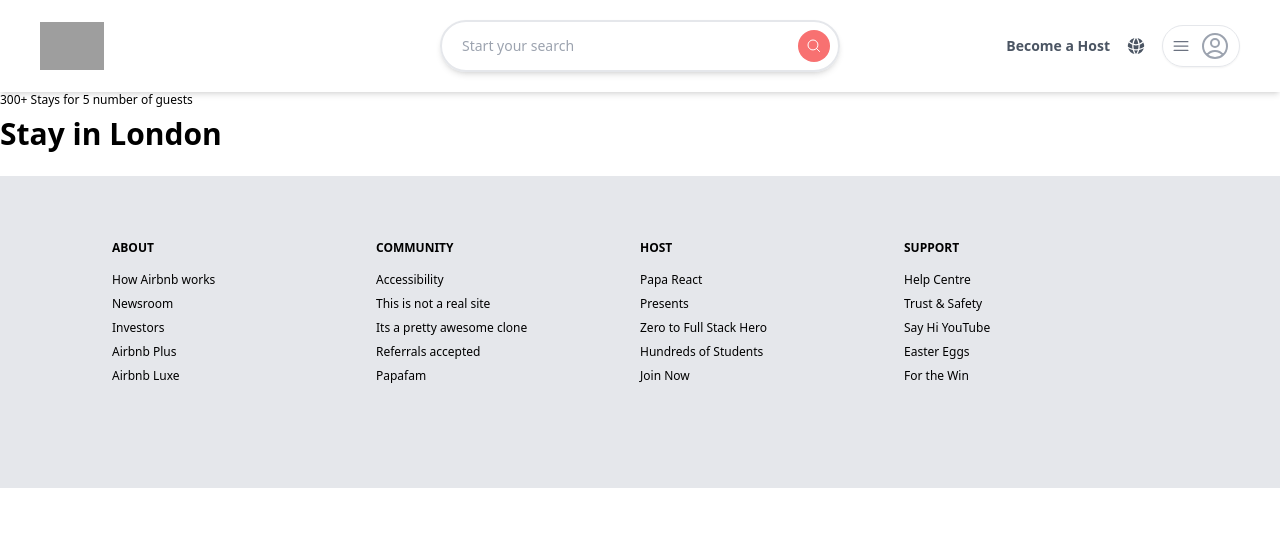
Repository: lakshithapramodya/airbnb
Page: /search
An editor plug-in stored every save of this project. The page is shown before and after the next save, followed by the edit.
The browser window is 1280 px wide. The pictures show the whole page.
Pictures or frames that could not be fetched are drawn as grey boxes. The project was rebuilt for these pictures with package versions that can differ from the ones it lists, and the page was loaded fresh each time. The framework's server and built-in components were replaced by stand-ins that run in the browser. Also part of the build but not shown: next.config.js.

Above is the page before, as saved 2022-10-19 11:08:48.

### pages/_app.jsx
import "../styles/globals.css";
import { AppProps } from "next/app";

function MyApp({ Component, pageProps }) {
  return <Component {...pageProps} />;
}

export default MyApp;

### pages/search.js
import React from "react";
import Footer from "../components/Footer";
import Header from "../components/Header";

function search() {
  return (
    <div>
      <Header />

      <main className="flex">
        <section>
          <p className="text-xs">300+ Stays for 5 number of guests</p>
          <h1 className="font-semibold text-3xl mt-2 mb-6">Stay in London</h1>
        </section>
      </main>

      <Footer />
    </div>
  );
}

export default search;

### components/Footer.js
import React from "react";

function Footer() {
  return (
    <div className="grid grid-cols-1 md:grid-cols-4 py-16 px-28 bg-gray-200">
      <div className="pb-8">
        <h2 className="font-bold text-xs font-sans mb-4 cursor-pointer">
          ABOUT
        </h2>
        <p className="text-xs my-2 cursor-pointer">How Airbnb works</p>
        <p className="text-xs my-2 cursor-pointer">Newsroom</p>
        <p className="text-xs my-2 cursor-pointer">Investors</p>
        <p className="text-xs my-2 cursor-pointer">Airbnb Plus</p>
        <p className="text-xs my-2 cursor-pointer">Airbnb Luxe</p>
      </div>
      <div className="pb-8">
        <h2 className="font-bold text-xs font-sans mb-4 cursor-pointer">
          COMMUNITY
        </h2>
        <p className="text-xs my-2 cursor-pointer">Accessibility</p>
        <p className="text-xs my-2 cursor-pointer">This is not a real site</p>
        <p className="text-xs my-2 cursor-pointer">
          Its a pretty awesome clone
        </p>
        <p className="text-xs my-2 cursor-pointer">Referrals accepted</p>
        <p className="text-xs my-2 cursor-pointer">Papafam</p>
      </div>
      <div className="pb-8">
        <h2 className="font-bold text-xs font-sans mb-4 cursor-pointer">
          HOST
        </h2>
        <p className="text-xs my-2 cursor-pointer">Papa React</p>
        <p className="text-xs my-2 cursor-pointer">Presents</p>
        <p className="text-xs my-2 cursor-pointer">Zero to Full Stack Hero</p>
        <p className="text-xs my-2 cursor-pointer">Hundreds of Students</p>
        <p className="text-xs my-2 cursor-pointer">Join Now</p>
      </div>
      <div className="pb-8">
        <h2 className="font-bold text-xs font-sans mb-4 cursor-pointer">
          SUPPORT
        </h2>
        <p className="text-xs my-2 cursor-pointer">Help Centre</p>
        <p className="text-xs my-2 cursor-pointer">Trust & Safety</p>
        <p className="text-xs my-2 cursor-pointer">Say Hi YouTube</p>
        <p className="text-xs my-2 cursor-pointer">Easter Eggs</p>
        <p className="text-xs my-2 cursor-pointer">For the Win</p>
      </div>
    </div>
  );
}

export default Footer;

### components/Header.js
import React, { useState } from "react";
import Image from "next/image";
import {
  MagnifyingGlassIcon,
  Bars3Icon,
  UserCircleIcon,
} from "@heroicons/react/24/outline";
import { GlobeAltIcon, UsersIcon } from "@heroicons/react/24/solid";
import "react-date-range/dist/styles.css";
import "react-date-range/dist/theme/default.css";
import { DateRangePicker } from "react-date-range";

function Header() {
  const [searchText, setSearchTExt] = useState("");
  const [startDate, setStartDate] = useState(new Date());
  const [endDate, setEndDate] = useState(new Date());
  const [guests, setGuests] = useState(1);

  const selectionRange = {
    startDate: startDate,
    endDate: endDate,
    key: "selection",
  };

  const handleChange = (ranges) => {
    setStartDate(ranges.selection.startDate);
    setEndDate(ranges.selection.endDate);
  };

  const resetInput = () => {
    setSearchTExt("");
  };

  return (
    <div
      className="sticky top-0  z-50 grid grid-cols-3 bg-white shadow-md
    p-5 md:px-10"
    >
      {/* Left */}
      <div className="relative flex item-center h-12 cursor-pointer my-auto">
        <Image
          src="https://1000logos.net/wp-content/uploads/2017/08/Airbnb-Logo.png"
          layout="fill"
          objectFit="contain"
          objectPosition="left"
        />
      </div>

      {/* Middle */}
      <div
        className="flex items-center md:border-2 rounded-full py-2
      md:shadow-md"
      >
        <input
          value={searchText}
          onChange={(e) => setSearchTExt(e.target.value)}
          className="!outline-0 pl-5 bg-transparent flex-grow
          md:min-w-0  text-sm text-gray-600"
          type="text"
          placeholder="Start your search"
        />
        <MagnifyingGlassIcon
          className="hidden md:inline-flex h-8 bg-red-400
         text-white rounded-full p-2 cursor-pointer md:mx-2 "
        />
      </div>

      {/* Right */}
      <div className="flex items-center space-x-4 justify-end">
        <p
          className="text-sm font-semibold cursor-pointer
        rounded-full text-gray-600 hidden md:inline"
        >
          Become a Host
        </p>

        <GlobeAltIcon className="h-5 text-gray-600 cursor-pointer" />

        <div
          className="flex items-center border rounded-full p-1
        space-x-2 shadow-sm px-2 hover:shadow-md"
        >
          <Bars3Icon className="h-5 text-gray-500" />
          <UserCircleIcon className="h-8 text-gray-400" />
        </div>
      </div>
      {searchText && (
        <div className="flex flex-col col-span-3 mx-auto">
          <DateRangePicker
            ranges={[selectionRange]}
            minDate={new Date()}
            rangeColors={["#FD5B61"]}
            onChange={handleChange}
          />
          <div>
            <div className="flex items-center border-b">
              <h2 className="text-2xl font-semibold flex-grow">
                Number of Guests
              </h2>
              <UsersIcon className="h-5" />
              <input
                value={guests}
                onChange={(e) => setGuests(e.target.value)}
                min={1}
                type="number"
                className="w-12 ml-2 !outline-0 text-lg text-red-500"
              />
            </div>
            <div className="flex mt-4">
              <button onClick={resetInput} className="text-gray-500 flex-grow">
                Cancel
              </button>
              <button className="text-red-500 flex-grow">Search</button>
            </div>
          </div>
        </div>
      )}
    </div>
  );
}

export default Header;

Loaded but not shown: styles/globals.css (common file); tailwind.config.js (common file)

After the next save:
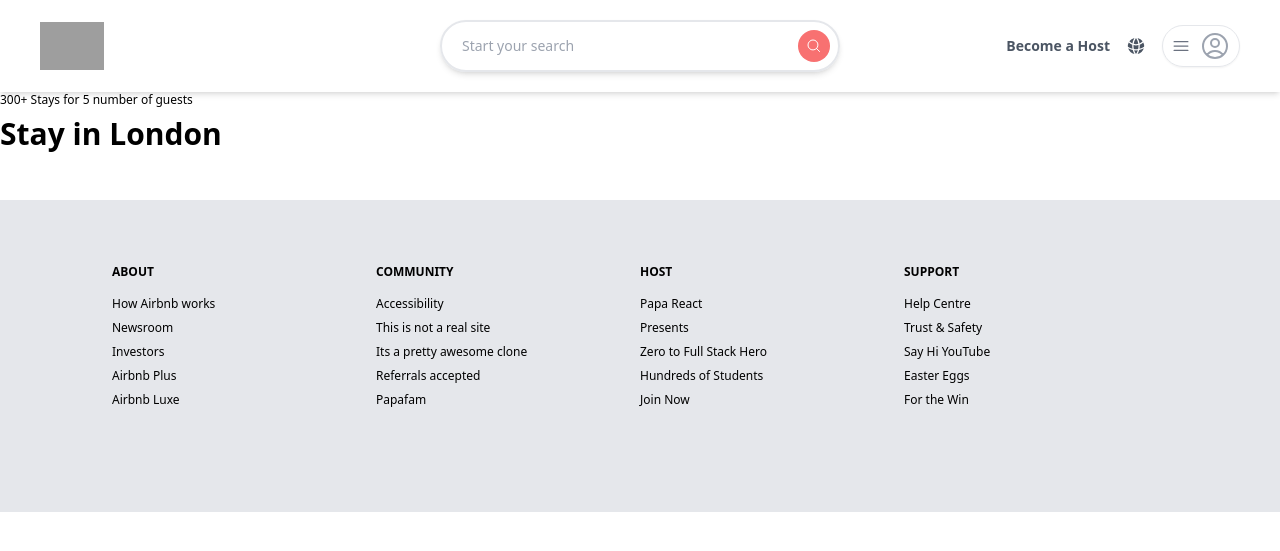
Saved 98 s later.
--- a/pages/search.js
+++ b/pages/search.js
@@ -11,6 +11,10 @@
         <section>
           <p className="text-xs">300+ Stays for 5 number of guests</p>
           <h1 className="font-semibold text-3xl mt-2 mb-6">Stay in London</h1>
+
+          <div>
+            <button></button>
+          </div>
         </section>
       </main>
 
